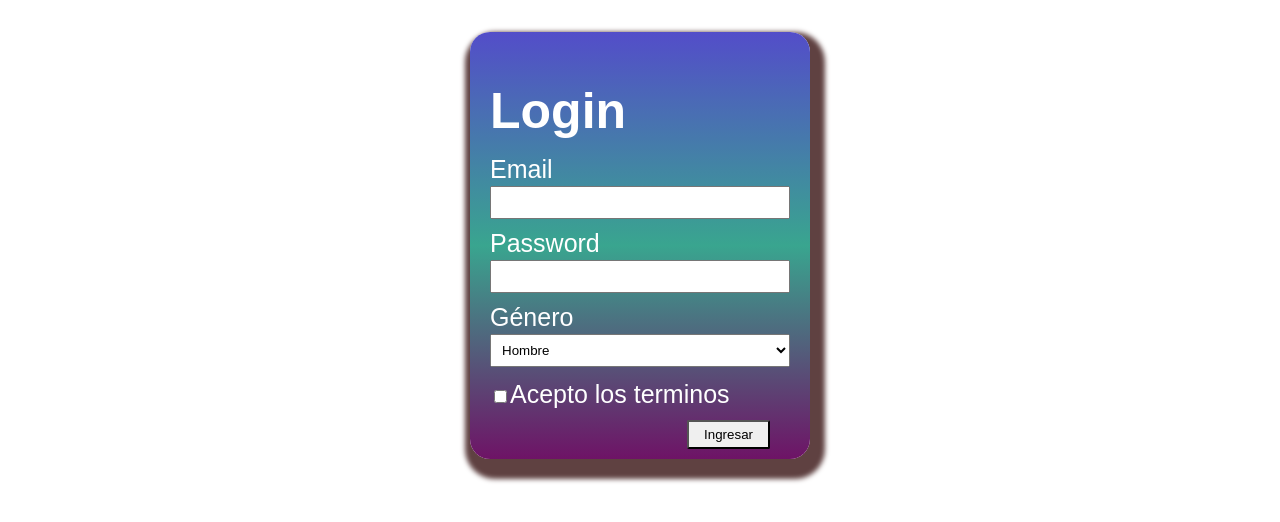
Repository: May-Mar/aspirantes-mir-html-y-css
Page: ejercicio1-html-y-css/index.html
The author's editor kept a copy of each file at every save. The page is drawn from the files as they stood at one save, then again after the next save.
The browser window is 1280 px wide. The pictures show the whole page.

Above is the page before, as saved 2023-05-26 18:55:25.

### ejercicio1-html-y-css/index.html
<!DOCTYPE html>
<html>
  <head>
    <title>Login</title>
    <link rel="stylesheet" href="styles.css">
  </head>
  <body>
    <div class="formulario">
        <form>
        <div class="login">Login</div>

            <label for="email">Email</label>
            <input class="caja" type="email" id="email">

            <label for="password">Password</label>
            <input class="caja" type="password" id="password">

            <label for="sexo">Género</label>
            <select class="genero" id="sexo">
                <option value="genero">Hombre</option>
                <option value="genero">Mujer</option>
            </select>

            <input type="checkbox" id="terminos">Acepto los terminos

            <input type="submit" id="ingresar" value="Ingresar">
        </form>
    </div>
  </body>
</html>

### ejercicio1-html-y-css/styles.css
body {
    background: #FFFFFF;
    margin: 2em 0;
  }

.formulario {
    width: 300px;
    padding: 50px 20px;
    border-radius: 20px;
    margin: 20px auto 20px;
    background: linear-gradient(#534dc9, #39a58f, #6e1366);
    box-shadow: 5px 10px 5px 10px #5f4141;
    color: #FFFFFF;
    font-family: Arial, Helvetica, sans-serif;
    font-size: 25px;
    position: relative;
}

.login{
   margin: 0 0 15px 0;
   font-size: 2em;
   font-weight: bold;
}

.caja{
    width: 94%;
    padding: 7px;
    margin:  0 0 10px;
}

.genero{
    width: 100%;
    padding: 7px;
    margin:  0 0 1em;

}

#ingresar{
    position: absolute;
    bottom: 10px;
    right: 40px;
    border-radius: 2px;
    padding: 5px 15px 5px 15px;
}

@media(max-width: 768px){
    .formulario{
        width: 100%;
    }
}

After the next save:
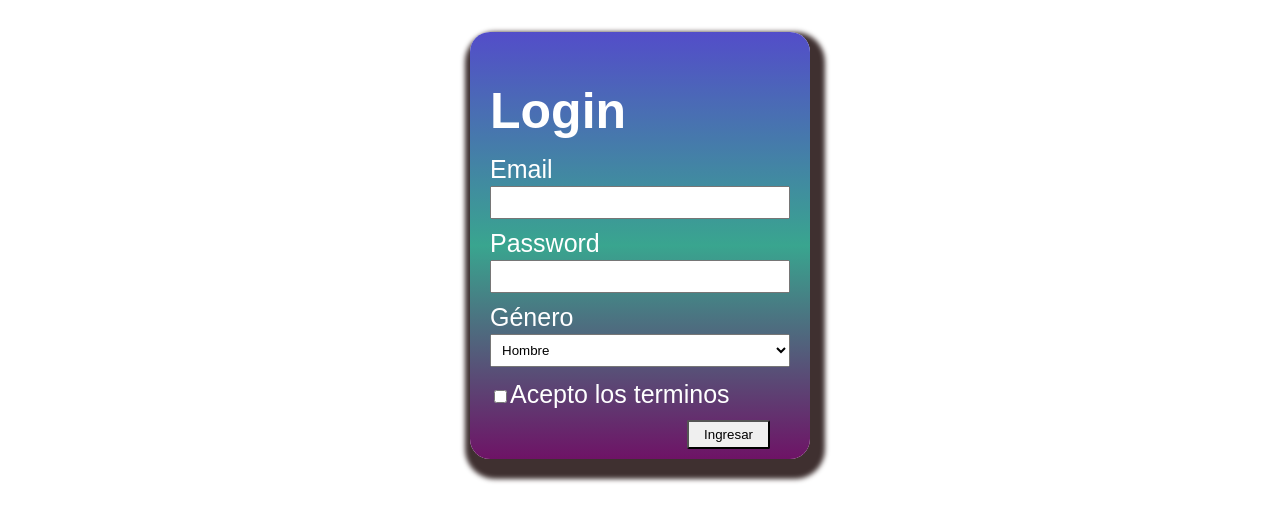
Saved 19 s later.
--- a/ejercicio1-html-y-css/styles.css
+++ b/ejercicio1-html-y-css/styles.css
@@ -9,7 +9,7 @@
     border-radius: 20px;
     margin: 20px auto 20px;
     background: linear-gradient(#534dc9, #39a58f, #6e1366);
-    box-shadow: 5px 10px 5px 10px #5f4141;
+    box-shadow: 5px 10px 5px 10px #3f3030;
     color: #FFFFFF;
     font-family: Arial, Helvetica, sans-serif;
     font-size: 25px;
